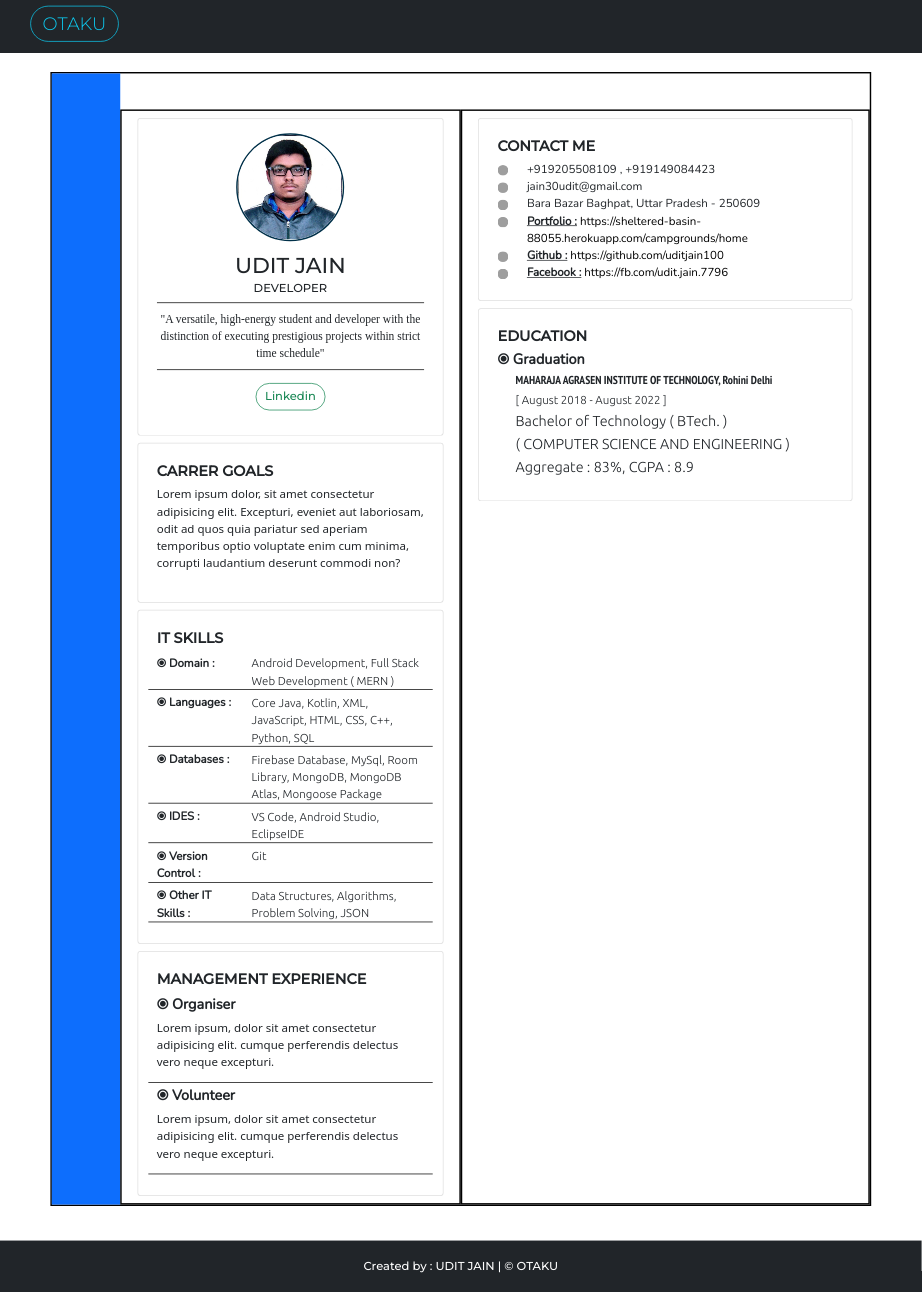
Repository: uditjain100/Responsive-Resume
Page: layouts/index.html
These files come from the project's save history. The page is drawn as it stood at one moment and after the next save; the edit follows.
The browser window is 1280 px wide. The pictures show the whole page, at 72% of full size.
Pictures or frames that could not be fetched are drawn as grey boxes. Some web fonts or font styles are not loaded; a fallback is used. Some web libraries are served in a nearby version.

Above is the page before, as saved 2021-03-01 17:58:03.

After the next save:
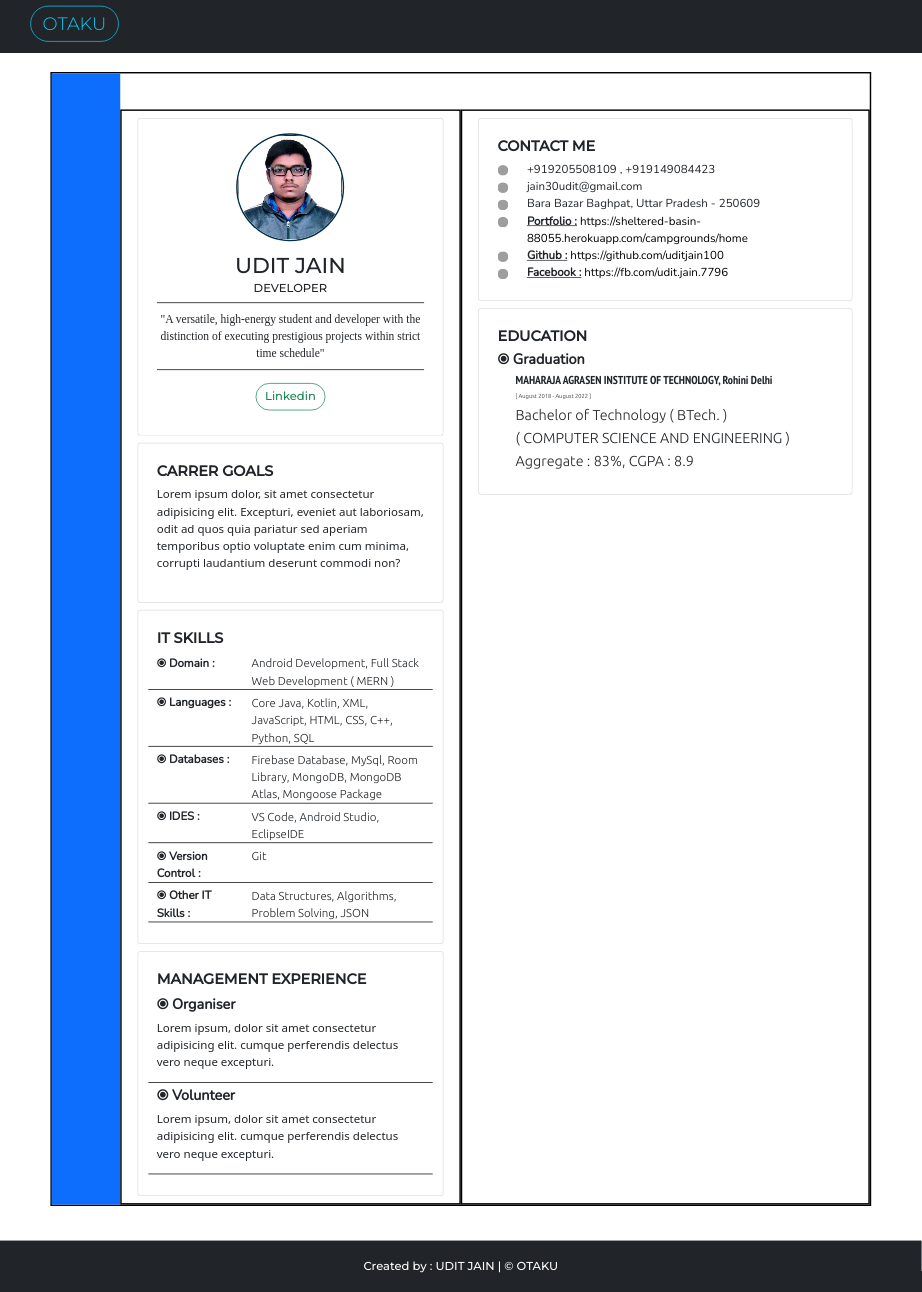
Saved 35 s later.
--- a/layouts/app.css
+++ b/layouts/app.css
@@ -150,6 +150,10 @@ li img {
   font-family: "Ubuntu";
 }
 
+#timestamp {
+  font-size: 8px;
+}
+
 #stream {
   font-size: 10px;
   font-weight: 500;
